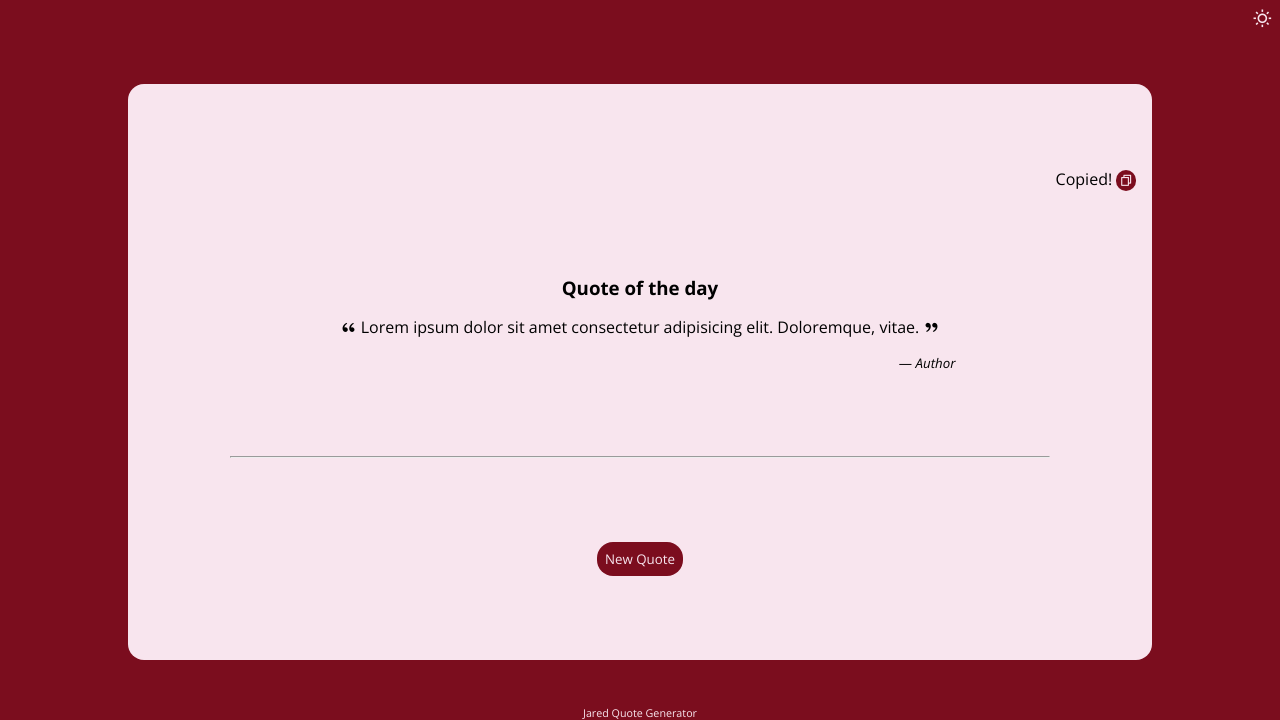
Repository: EguJaredoBoyd/Jared-Quote-Generator
Page: html/main.html
The author's editor kept a copy of each file at every save. The page is drawn from the files as they stood at one save, then again after the next save.
The browser window is 1280 px wide. The pictures show the whole page.
Some web libraries are served in a nearby version.

Above is the page before, as saved 2026-01-09 23:15:25.

### html/main.html
<!DOCTYPE html>
<html lang="en">
  <head>
    <meta charset="UTF-8" />
    <meta name="viewport" content="width=device-width, initial-scale=1.0" />
    <link rel="stylesheet" href="../css/style.css" />
    <script src="../js/main.js" defer></script>
    <link
      href="https://cdn.jsdelivr.net/npm/remixicon@4.8.0/fonts/remixicon.css"
      rel="stylesheet"
    />
    <link rel="preconnect" href="https://fonts.googleapis.com" />
    <link rel="preconnect" href="https://fonts.gstatic.com" crossorigin />
    <link
      href="https://fonts.googleapis.com/css2?family=Open+Sans:ital,wght@0,300..800;1,300..800&display=swap"
      rel="stylesheet"
    />
    <script src="../js/theme.js" defer></script>
    <script src="../js/copy.js" defer></script>
    <title>Document</title>
  </head>
  <body>
    <div class="container">
      <header>
        <button id="theme-toggle">
          <i class="ri-sun-line" id="theme-icon"></i>
        </button>
      </header>
      <main>
        <div class="quote-container">
          <div class="quote-container__copy">
            <span>Copied!</span>
            <button id="copy-quote"><i class="ri-file-copy-line"></i></button>
          </div>
          <div class="quote-container__quotes">
            <h3>Quote of the day</h3>
            <p id="quote-content">
              <span><i class="ri-double-quotes-l"></i></span> Lorem ipsum dolor
              sit amet consectetur adipisicing elit. Doloremque, vitae.
              <span><i class="ri-double-quotes-r"></i></span>
            </p>
            <div class="quote-container__author">
              <h5>&mdash; <i>Author</i></h5>
            </div>
          </div>
          <hr />
          <div class="quote-container__new--quote">
            <button>New Quote</button>
          </div>
        </div>
      </main>
      <footer>
        <div class="footer__developer">
          <h6>Jared Quote Generator</h6>
        </div>
      </footer>
    </div>
  </body>
</html>

### css/style.css
* {
  margin: 0;
  padding: 0;
  box-sizing: border-box;

  /* outline: 1px solid red; */
}

:root {
  --background-color: #7b0d1e;
  --card-color: #f8e5ee;
  --text-color: black;
  --button-color: #7b0d1e;
}

html {
  font-size: 16px;
}

.lighter-theme {
  --background-color: #f8e5ee;
  --card-color: #7b0d1e;
  --text-color: whitesmoke;
  --button-color: #f8e5ee;
}

body {
  font-family: "Open Sans", sans-serif;
  background-color: var(--background-color);
  color: var(--text-color);
}

.container {
  height: 100vh;
  display: flex;
  flex-direction: column;
  justify-content: space-between;
  align-items: center;
}

header {
  display: flex;
  justify-content: flex-end;
  width: 100%;
}

header button {
  border: none;
  background: none;
  color: var(--card-color);
  font-size: larger;
  padding: 0.5rem;
}

.quote-container {
  display: flex;
  flex-direction: column;
  justify-content: space-evenly;
  align-items: center;
  height: 80vh;
  width: 80vw;
  max-width: 80vw;
  background-color: var(--card-color);
  border-radius: 1rem;
}

.quote-container__copy {
  align-self: self-end;
  padding-right: 1rem;
  outline: 2px red;
}

.quote-container__copy button {
  background-color: var(--button-color);
  color: var(--card-color);
  border: none;
  border-radius: 1rem;
  padding: 0.2rem;
}

.quote-container__quotes {
  max-width: 100%;
  max-height: 100%;
}

.quote-container__quotes h3 {
  text-align: center;
}

.quote-container__quotes p {
  max-width: 100%;
  max-height: 40vh;
  overflow-y: auto;
  padding: 1rem 2rem;
  overflow-wrap: break-word;
  text-align: center;
}

.quote-container__quotes span {
  font-size: 1rem;
}

.quote-container__author {
  justify-self: end;
  padding-right: 1rem;
}

.quote-container__author h5 {
  font-weight: 300;
}

.quote-container hr {
  width: 80%;
}

.quote-container__new--quote button {
  background-color: var(--button-color);
  color: var(--card-color);
  padding: 0.5rem;
  border: none;
  border-radius: 1rem;
  font-family: "Open Sans", sans-serif;
}

.footer__developer h6 {
  color: var(--card-color);
  font-weight: 300;
}

### js/theme.js
//Target the theme button and theme icon
const themeToggle = document.getElementById("theme-toggle");
const themeIcon = document.getElementById("theme-icon");

//Invoke saved lighter theme
const savedTheme = JSON.parse(localStorage.getItem("Lighter-Theme"));

//Add a class of moon to the <i> tag
if (savedTheme === true) {
  document.body.classList.add("lighter-theme");
  //Remove default theme
  themeIcon.classList.remove("ri-sun-line");
  themeIcon.classList.add("ri-contrast-2-line");
}

//Add an eventlistener to toggle theme
function themeToggleFunction() {
  themeToggle.addEventListener("click", () => {
    const lighterTheme = document.body.classList.toggle("lighter-theme");

    if (lighterTheme) {
      themeIcon.classList.remove("ri-sun-line");
      themeIcon.classList.add("ri-contrast-2-line");
    } else {
      themeIcon.classList.remove("ri-contrast-2-line");
      themeIcon.classList.add("ri-sun-line");
    }

    //Save lighter-theme to the localStorage
    localStorage.setItem("Lighter-Theme", JSON.stringify(lighterTheme));
  });
}

themeToggleFunction();

### js/copy.js
//Target the copy and the quote buttons
const copyQuote = document.getElementById("copy-quote");
const qouteContent = document.getElementById("quote-content");

function copyQuoteToClipboard() {
  copyQuote.addEventListener("click", () => {
    const quoteToCopy = qouteContent.textContent;
    navigator.clipboard.writeText(quoteToCopy);

    console.log("copied!");
  });
}

copyQuoteToClipboard();

Loaded but not shown: js/main.js (no copy from this time; the picture is the same without it)

After the next save:
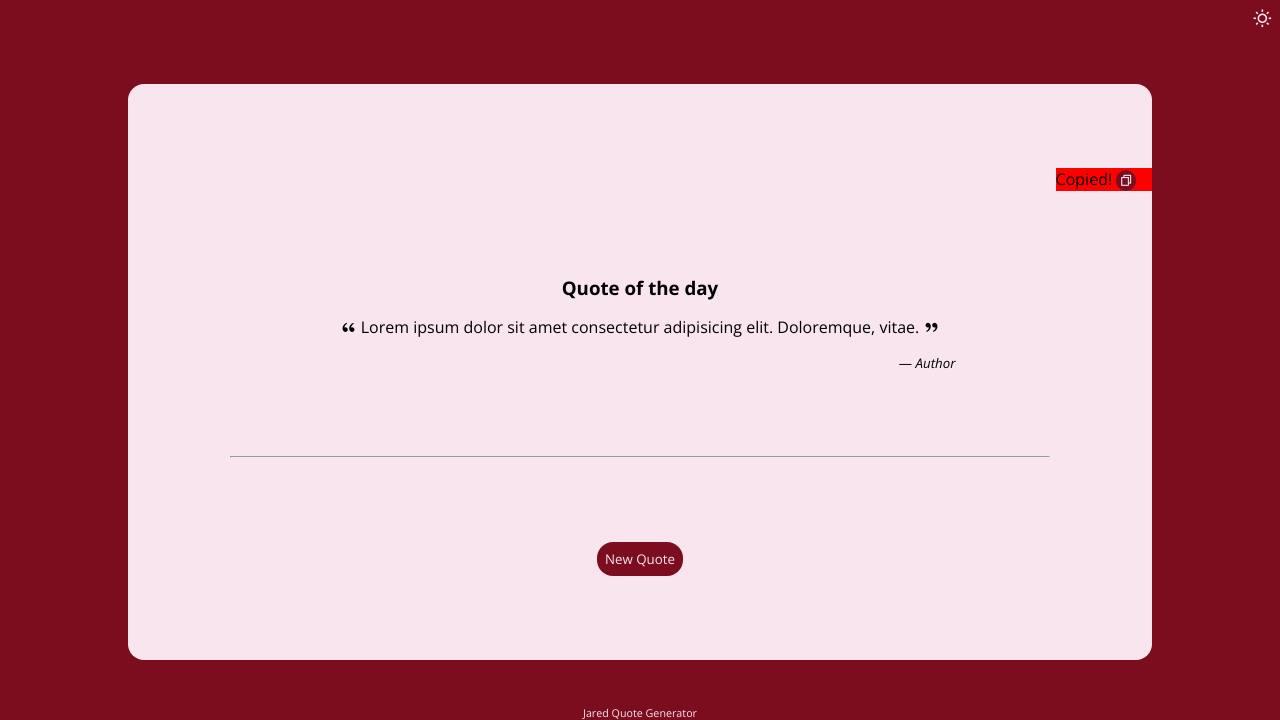
Saved 25 s later.
--- a/css/style.css
+++ b/css/style.css
@@ -67,7 +67,7 @@ header button {
 .quote-container__copy {
   align-self: self-end;
   padding-right: 1rem;
-  outline: 2px red;
+  background-color: red;
 }
 
 .quote-container__copy button {
